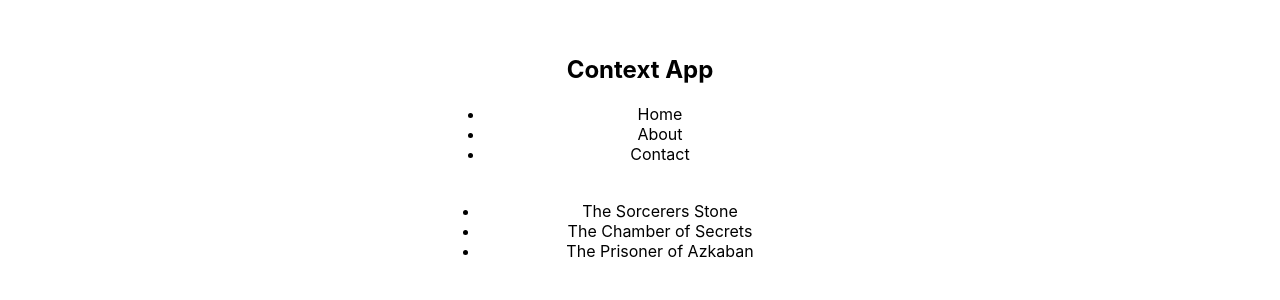
Repository: gboyega/Hook-Context-tut
Page: /
These files come from the project's save history. The page is drawn as it stood at one moment and after a run of saves; the edit follows.
The browser window is 1280 px wide. The pictures show the whole page.
The project was rebuilt for these pictures with package versions that can differ from the ones it lists, and the page was loaded fresh each time.

Above is the page before, as saved 2020-01-18 14:41:33.

### src/index.css
body {
  margin: 0;
  font-family: -apple-system, BlinkMacSystemFont, 'Segoe UI', 'Roboto', 'Oxygen',
    'Ubuntu', 'Cantarell', 'Fira Sans', 'Droid Sans', 'Helvetica Neue',
    sans-serif;
  -webkit-font-smoothing: antialiased;
  -moz-osx-font-smoothing: grayscale;
}

.App {
  max-width : 400px;
  margin: 30px auto;
  text-align: center;
}

nav{
  padding: 5px
}

### src/App.js
import React from 'react';
import Navbar from './components/Navbar';
import BookList from './components/BookList';

function App() {
  return (
    <div className="App">
    <Navbar />
    <BookList />

    </div>
  );
}

export default App;

### src/components/Navbar.js
import React, { Component } from 'react';

class Navbar extends Component {
    render() {
        return (
          <nav>
            <h1>Context App</h1>
            <ul>
              <li>Home</li>
              <li>About</li>
              <li>Contact</li>
            </ul>
          </nav>
        );
    }
}

export default Navbar ;

### src/components/BookList.js
import React, { Component } from 'react'

class BookList extends Component {

    render() {
        return (
          <div className="book-list">
            <ul>
              <li>The Sorcerers Stone</li>
              <li>The Chamber of Secrets </li>
              <li>The Prisoner of Azkaban</li>
            </ul>
          </div>
        );
    }
}

export default BookList;

Loaded but not shown: public/index.html (common file); src/index.js (common file); src/serviceWorker.js (common file)

After the next 13 saves:
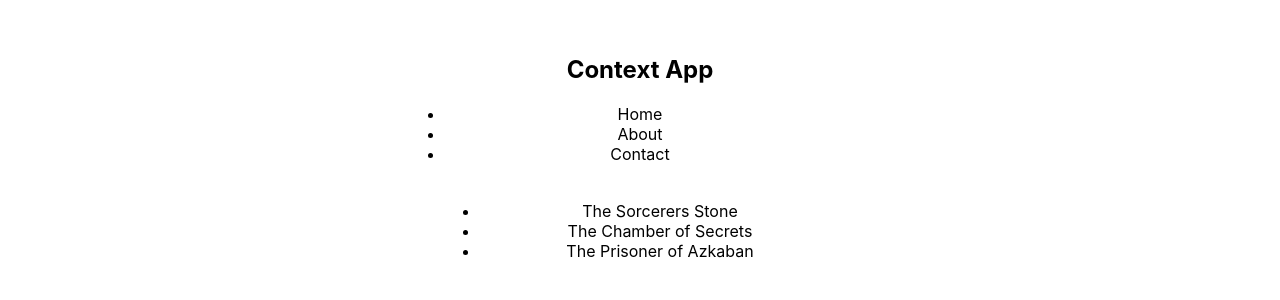
The 13 saves are shown as one change because they came seconds apart.
The last was saved 21 s later.
--- a/src/index.css
+++ b/src/index.css
@@ -14,5 +14,9 @@ body {
 }
 
 nav{
-  padding: 5px
+  padding: 5px;
 }
+
+nav ul {
+  padding: 0;
+}
